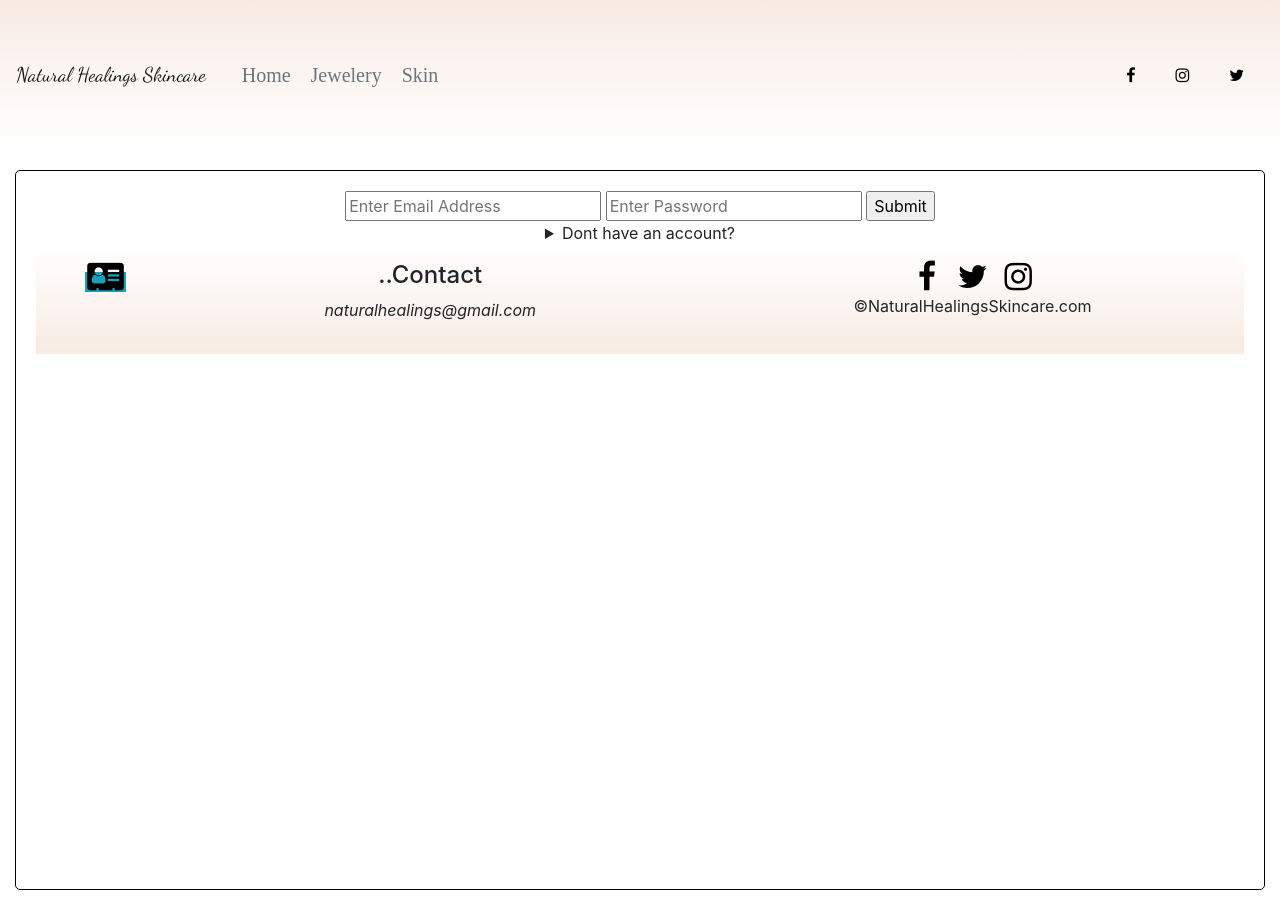
Repository: aliciarawlings/first-milestone
Page: login.html
The author's editor kept a record of every edit. The page is drawn from the files as they stood at one moment, then again after the next edit.
The browser window is 1280 px wide. The pictures show the whole page.
Some web fonts or font styles are not loaded; a fallback is used.

Above is the page before.

### login.html
<!DOCTYPE html>
<html lang="en">

<head>
  <meta charset="UTF-8">
  <meta name="viewport" content="width=device-width, initial-scale=1.0">
  <meta http-equiv="X-UA-Compatible" content="ie=edge">
  <link href="https://fonts.googleapis.com/css?family=Source+Serif+Pro&display=swap" rel="stylesheet">
  <link href="https://fonts.googleapis.com/css?family=Dancing+Script&display=swap" rel="stylesheet">
  <script src="https://code.jquery.com/jquery-3.3.1.slim.min.js" integrity="sha384-q8i/X+965DzO0rT7abK41JStQIAqVgRVzpbzo5smXKp4YfRvH+8abtTE1Pi6jizo" crossorigin="anonymous"></script>
  <script src="https://cdnjs.cloudflare.com/ajax/libs/popper.js/1.14.7/umd/popper.min.js" integrity="sha384-UO2eT0CpHqdSJQ6hJty5KVphtPhzWj9WO1clHTMGa3JDZwrnQq4sF86dIHNDz0W1" crossorigin="anonymous"></script>
  <script src="https://stackpath.bootstrapcdn.com/bootstrap/4.3.1/js/bootstrap.min.js" integrity="sha384-JjSmVgyd0p3pXB1rRibZUAYoIIy6OrQ6VrjIEaFf/nJGzIxFDsf4x0xIM+B07jRM" crossorigin="anonymous"></script>
  <link rel="stylesheet" href="assets/css/main.css" type="text/css" />
  <link rel="stylesheet" href="https://stackpath.bootstrapcdn.com/bootstrap/4.3.1/css/bootstrap.min.css" type="text/css" />
  <link rel="stylesheet" href="https://stackpath.bootstrapcdn.com/font-awesome/4.7.0/css/font-awesome.min.css" type="text/css" />
  <title>Login</title>

</head>

<body>
  <!-------------------------------NAVBAR--------------------------------------------------------->
                    <!----BOOTSTRAP-NAVBAR---->
  <nav class="navbar navbar-expand-sm navbar-light bg-light grad navfont">
    <div class="float-sm-right">
      <a class="navbar-brand heading" href="index.html">Natural Healings Skincare</a>
      <button class="navbar-toggler collapsed" type="button" data-toggle="collapse" data-target="#navbarNav" aria-controls="navbarNav" aria-expanded="false" aria-label="Toggle navigation">
      <span class="navbar-toggler-icon"></span>
    </button>
    </div>
    <div class="collapse navbar-collapse d-fixed-top-d-sm-block" id="navbarNav">
      <ul class="navbar-nav">
        <li class="nav-item">
          <a class="nav-brand text-muted" href="index.html">Home</a>
        </li>
        <li class="nav-item">
          <a class="nav-brand text-muted" href="jewelery.html">Jewelery</a>
        </li>
        <li class="nav-item">
          <a class="nav-brand text-muted" href="skincare.html">Skin </a>

        </li>
      </ul>
      <div class="container-fluid d-none d-sm-block d-none d-md-block">
        <div class="row">
          <div class="col">
          </div>
          <a class="fa fa-facebook social" href="https://www.facebook.com/NaturalHealingsSkincare/" target="_blank"></a>
          <i class="fa fa-instagram social "></i>
          <i class="fa fa-twitter social"></i>
        </div>
      </div>
  </nav>
  <div class="container-fluid">
    <!-------------------------------NAVBAR-END--------------------------------------------------------->





<!-------------------------------Login window--------------------------------------------------------->


    <div class="login form form2">
      <form>
          <input type="email" name="usrname" placeholder="Enter Email Address" required>
          <input type="password" name="pssword" placeholder="Enter Password" required>
          <input type="submit">
      </form>

    <details>
      <summary>Dont have an account?</summary>
      <button>Click Here to Register</button>
    </details>

<form action="#">





</form>










</body>
<!-------------------------------PRODUCT FORM END--------------------------------------------------------->


<!-------------------------------FOOTER--------------------------------------------------------->
                <!-----BOOTSTRAP-FOOTER--->

<footer>
  <div class="container-fluid bg-light py-3 grad2 footer ">
    <div class="container">
      <div class="row">
        <div class="col-md-7">
          <div class="row py-0">
            <div class="col-sm-1 hidden-md-down">
              <a class="bg-circle bg-info" href="#">
                <i class="fa fa-2x fa-fw fa-address-card" aria-hidden="true "style="color:black;"></i>
              </a>
            </div>
            <div class="col-sm-11">
              <div>
                <h4>..Contact</h4>
                <p><em>naturalhealings@gmail.com</em></p>
              </div>
            </div>
          </div>
        </div>
        <div class="col-md-5">
          <div class="d-inline-block">
            <div class="bg-circle-outline d-inline-block">
              <a href="https://www.facebook.com/NaturalHealingsSkincare/" target="_blank"><i class="fa fa-2x fa-fw fa-facebook" style="color:black;"></i>
		</a>
            </div>
            <div class="bg-circle-outline d-inline-block">
              <a href="https://twitter.com/"  target="_blank">
                <i class="fa fa-2x fa-fw fa-twitter"style="color:black;"></i></a>
            </div>

            <div class="bg-circle-outline d-inline-block">
              <a href="https://www.instagram.com/natural.healings.skincare/" target="_blank">
                <i class="fa fa-2x fa-fw fa-instagram" style="color:black;"></i></a>
            </div>
            <p>&copy;NaturalHealingsSkincare.com</p>

          </div>
        </div>
      </div>
    </div>
  </div>
  </div>


</footer>

<!-------------------------------FOOTER--------------------------------------------------------->






<link rel="stylesheet" href="https://stackpath.bootstrapcdn.com/font-awesome/4.7.0/css/font-awesome.min.css" type="text/css" />

</html>

### assets/css/main.css
/*--header+nav--*/

.bg-img {
  background: url("../images/mainlogo.png");
  min-height: 700px;
  background-position: center;
  background-repeat: no-repeat;
  background-size: cover;
  position: relative;
  background-attachment: initial;
  background-size: 100%;

}

.grad {
  height: 150px;
  background-image: linear-gradient(#f8ebe3, white);
}



.navfont li {
  font-size: 20px;
  color: black;
  padding-left: 20px;
  font-family: 'Crimson Text', serif;
}



.social {
  color: black;
  padding: 20px;


}


.social:hover {
  color: purple;
  text-decoration: none;
}





.heading {
  size: 60px;
  font-family: 'Dancing Script', cursive;
  color: #996515;

}


/*--------header and NAv End-------*/

/*--product-display--*/

.cards {
  text-align: center;
  box-shadow: 0px 2px 4px 0px rgba(0, 0, 0, 0.5);
  width: 100%;
   font-family: 'Crimson Text', serif;


}



.icon {
  position: fixed;
}



.card-title {
  height: 40px;

}


/*---------form PAges------*/

.form {
  width: 100%;
  height:auto;
  text-align: center;
  border: solid 1px black;
  margin: 20px 0;
  padding: 20px;
  display: inline-block;
  border-radius: 5px;


}

input[text] {
  width: auto;
  height: auto;
}

input[date] {
  width: auto;
  height: auto;
}

input[email] {
  width: auto;
  height: auto;
}


.submit {
  background-color:black;
  color:white;
  border:1px black solid;
  border-radius:25px;
}


/*----------LOGIN PAGE---------*/
.login {
  text-align:center;
}


/*-----media-query-------------------------*/



@media only screen and (min-width:768px){
  .form2{
    height:100vh;
  }
}




@media only screen and (min-width:1440px){
  .card:hover {

  filter: opacity(30%);
}


}




@media only screen and (max-width:420px) {
  .bg-img {
    min-height: 250px;
  }
}



@media only screen and (max-width:2560px) {
  .foot1 {
    position: fixed;
    left: 0;
    bottom: 0;

  }
}

@media only screen and (min-width:319px) {
  .foot1 {
    position: relative;
    left: 0;
    bottom: 0;
  }
}

/*------footer--------*/
.grad2 {
  background-image: linear-gradient(white, #f8ebe3);
}

After the next edit:
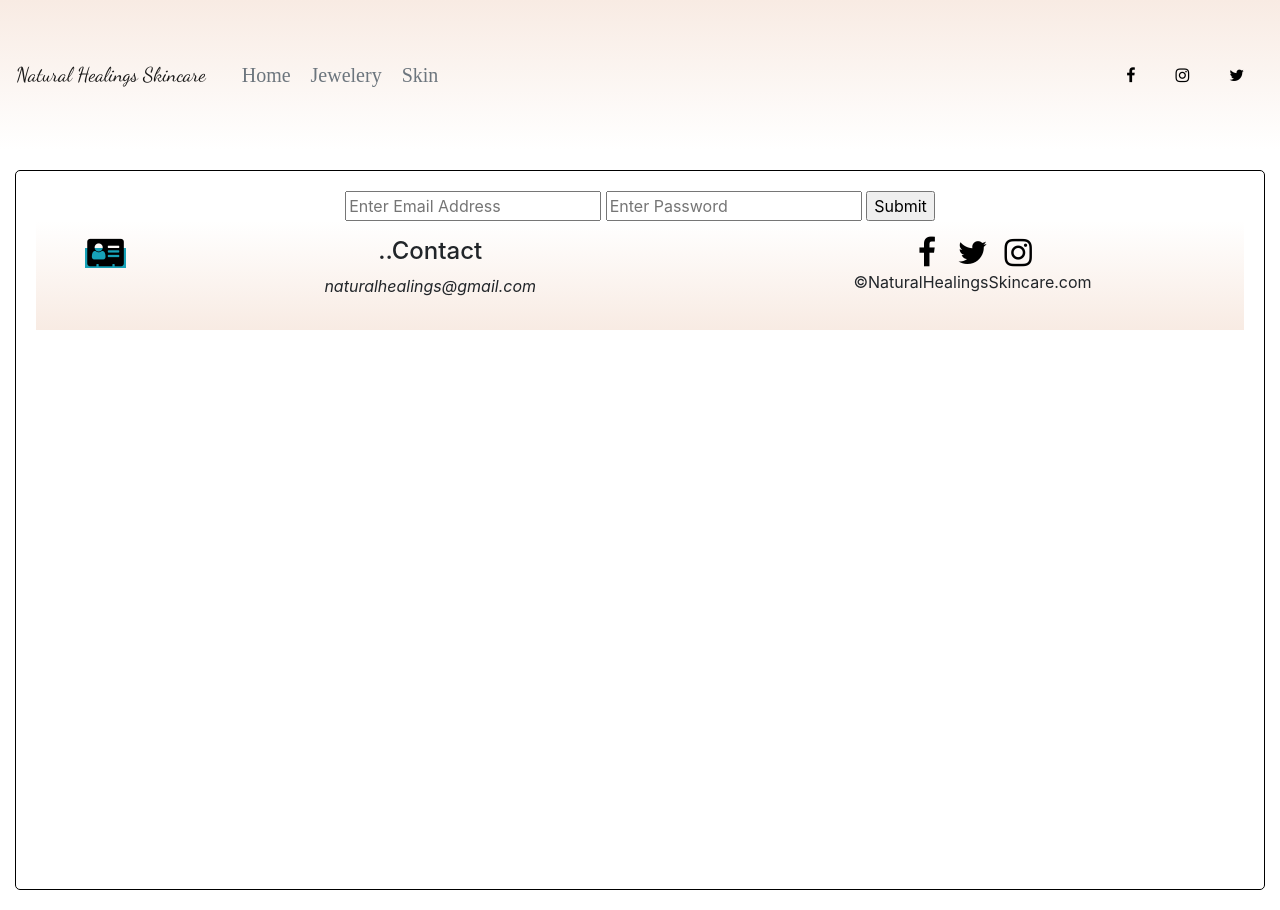
The edit:
--- a/login.html
+++ b/login.html
@@ -67,12 +67,7 @@
           <input type="submit">
       </form>
 
-    <details>
-      <summary>Dont have an account?</summary>
-      <button>Click Here to Register</button>
-    </details>
 
-<form action="#">
 
 
 
